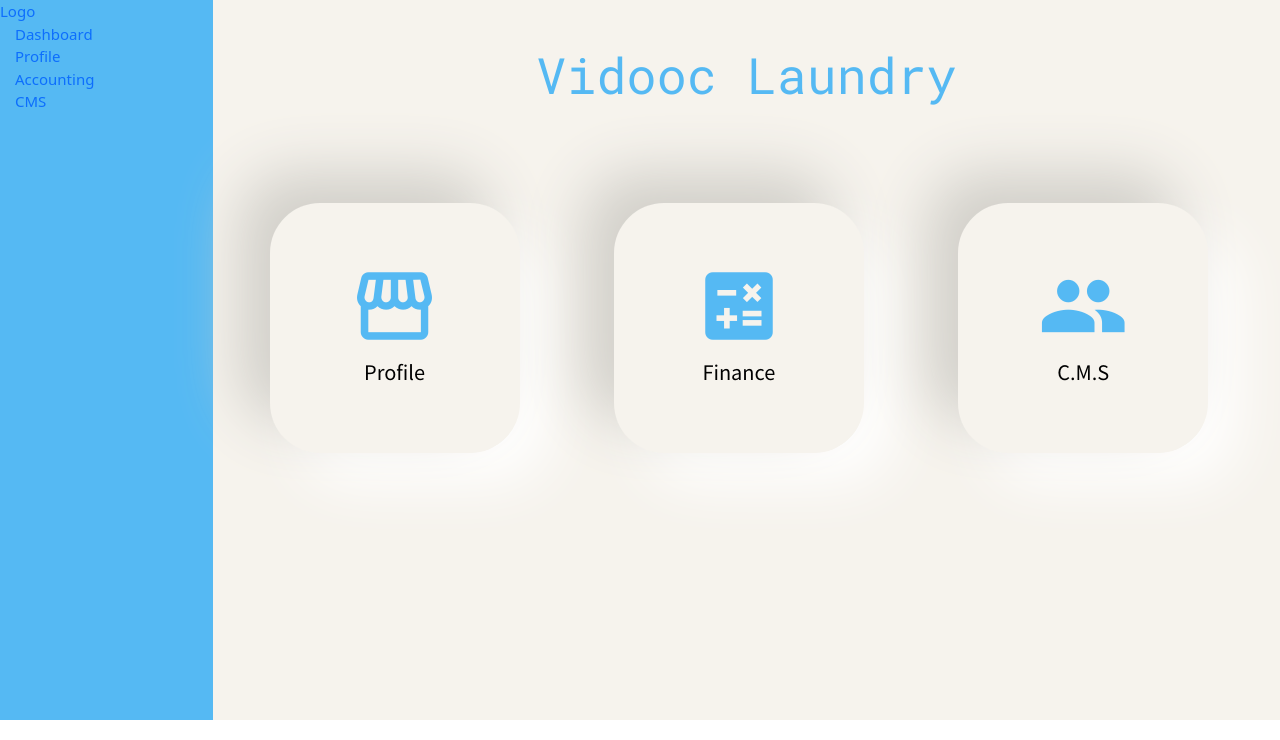
Repository: latenightsnacc/AllinOne
Page: Design/index.html
The author's editor kept a copy of each file at every save. The page is drawn from the files as they stood at one save, then again after the next save.
The browser window is 1280 px wide. The pictures show the whole page.
The style sheet was rebuilt from its Sass, Less or Tailwind sources for each picture, by a compiler version that may differ from the author's.

Above is the page before, as saved 2020-09-16 14:47:19.

After the next save:
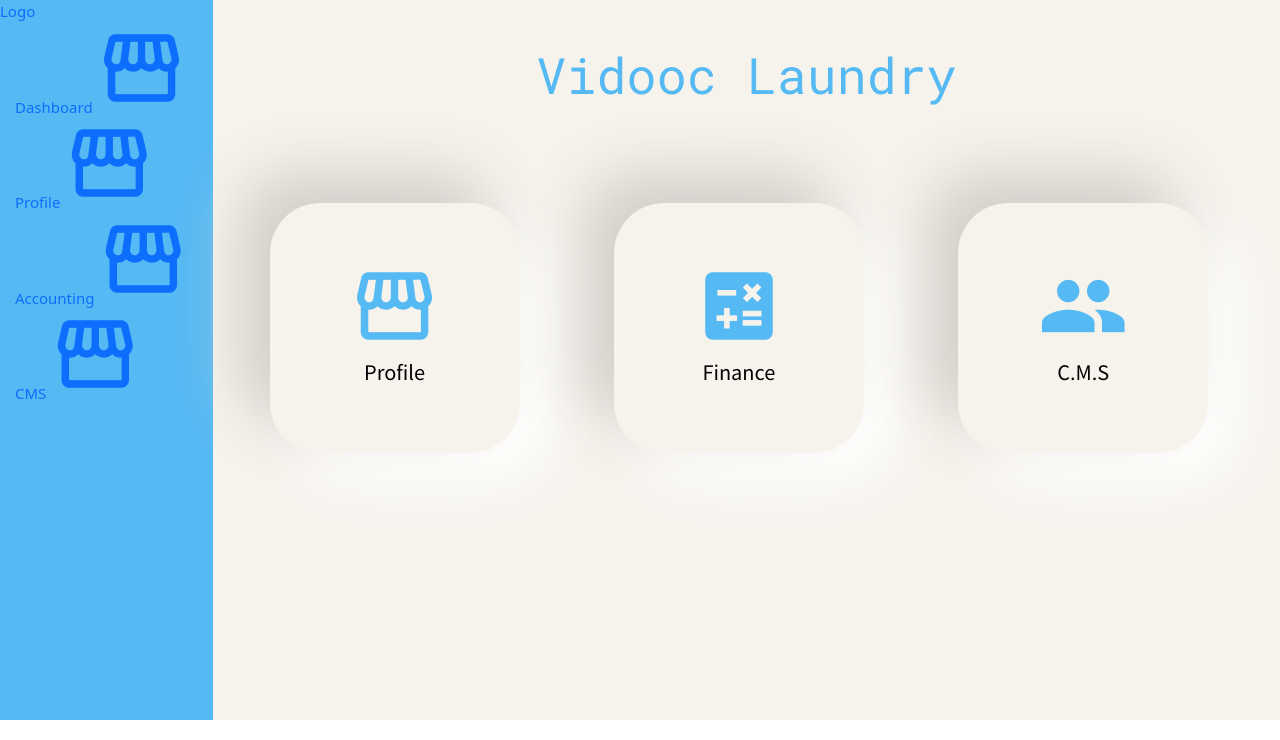
Saved 70 s later.
--- a/Design/index.html
+++ b/Design/index.html
@@ -25,28 +25,36 @@
                         <li class="side-link">
                             <a href="index.html">
                                 <span class="nav-title">Dashboard</span>
-                                <span class="nav-icon"></span>
+                                <span class="nav-icon">
+                                    <i class="large material-icons">storefront</i>
+                                </span>
 
                             </a>
                         </li>
                         <li class="side-link">
                             <a href="index.html">
                                 <span class="nav-title">Profile</span>
-                                <span class="nav-icon"></span>
+                                <span class="nav-icon">
+                                    <i class="large material-icons">storefront</i>
+                                </span>
 
                             </a>
                         </li class="side-link">
                         <li>
                             <a href="index.html">
                                 <span class="nav-title">Accounting</span>
-                                <span class="nav-icon"></span>
+                                <span class="nav-icon">
+                                    <i class="large material-icons">storefront</i>
+                                </span>
 
                             </a>
                         </li>
                         <li class="side-link">
                             <a href="index.html">
                                 <span class="nav-title">CMS</span>
-                                <span class="nav-icon"></span>
+                                <span class="nav-icon">
+                                    <i class="large material-icons">storefront</i>
+                                </span>
 
                             </a>
                         </li>
